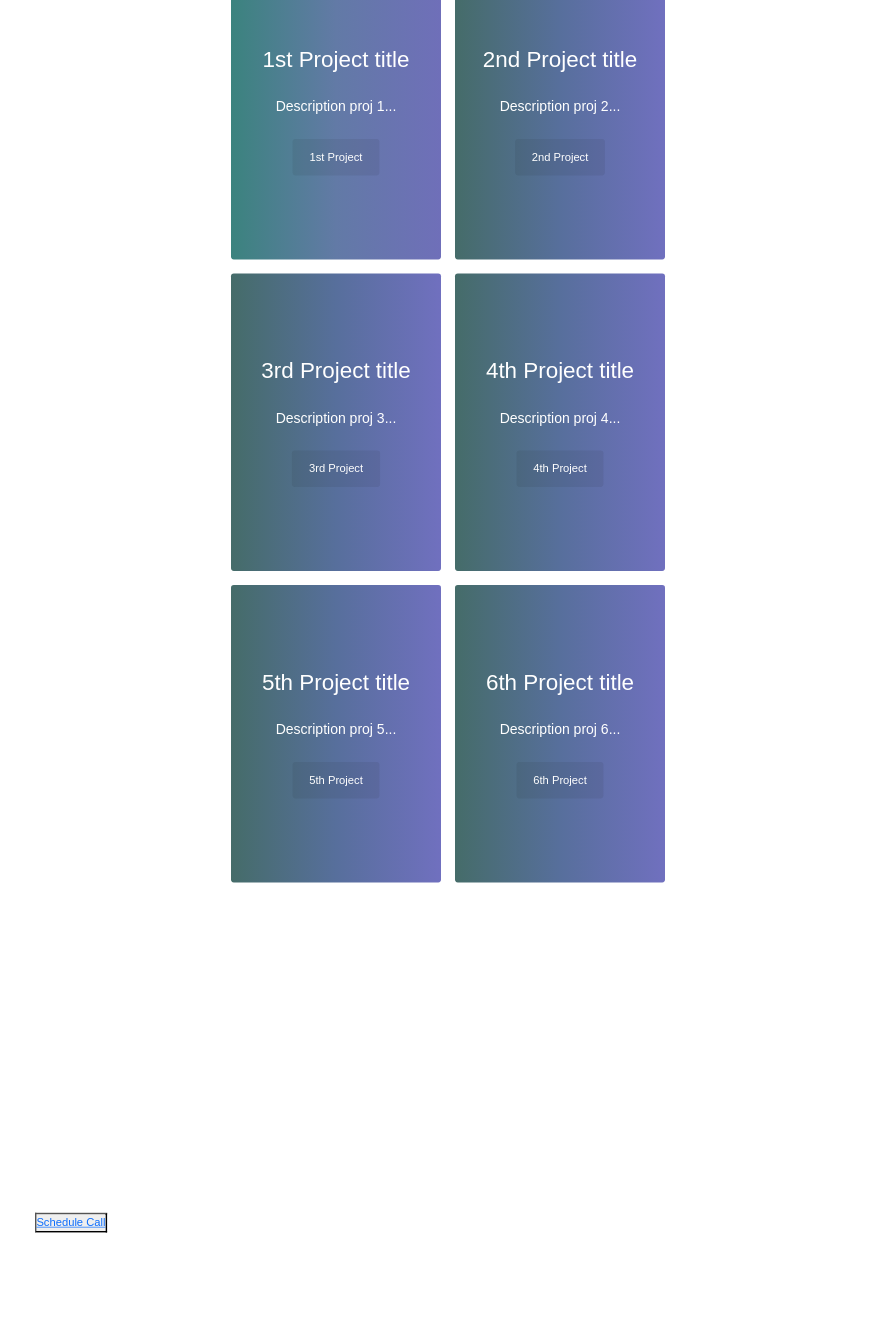
Repository: dvynchi/profile-2022
Page: index.html
The author's editor kept a copy of each file at every save. The page is drawn from the files as they stood at one save, then again after the next save.
The browser window is 1280 px wide. The pictures show the part of the page from y = 1292 to 3212 px (the page is 3212 px tall), at 70% of full size.
A picture or video elsewhere on the page could not be fetched, so the positions and the page height are approximate. Some web libraries are served in a nearby version.

Above is the page before, as saved 2022-08-15 13:07:30.

### index.html
<!DOCTYPE html>
<html lang="en">
<head>
    <meta charset="UTF-8">
    <meta http-equiv="X-UA-Compatible" content="IE=edge">
    <meta name="viewport" content="width=device-width, initial-scale=1.0">
    <title>Vincent Dim</title>
    <!-- embed remote icon library -->
    <script src="https://kit.fontawesome.com/f634dfbd28.js" crossorigin="anonymous"></script>
    <link rel="stylesheet" href="styles.css">
    <!-- embed remote style sheet - bootstrap -->
    <link rel="stylesheet" href="https://cdn.jsdelivr.net/npm/bootstrap@5.2.0/dist/css/bootstrap.min.css" rel="stylesheet" integrity="sha384-gH2yIJqKdNHPEq0n4Mqa/HGKIhSkIHeL5AyhkYV8i59U5AR6csBvApHHNl/vI1Bx" crossorigin="anonymous">
</head>

<body>

    <!-- Navbar Section -->

    <nav class="navbar">
        <div class="navbar_container">
            <a href="#about" id="navbar_logo"><i class="fa fa-home fa" aria-hidden="true"></i></a>  <!--<a> is used to create hyperlink named color-->

            <!--create hamburger menu (3 bars)-->

            <div class="navbar_toggle" id="mobile-menu">
                <span class="bar"></span>
                <span class="bar"></span>
                <span class="bar"></span>
            </div>

            <!--CREATE NAV MENU-->

            <ul class="navbar_menu">
                <!-- <li class="navbar_item">
                    <a href="#home" class="navbar_links" id="home-page">Home</a>
                </li> -->

                <li class="navbar_item">
                    <a href="#about" class="navbar_links" id="about-page">About</a>
                </li>

                <li class="navbar_item">
                    <a href="#projects" class="navbar_links" id="projects-page">Projects</a>
                </li>

                <li class="navbar_item">
                    <a href="#contact" class="navbar_links" id="contact-page">Contact Me</a>
                </li>

            </ul>
        </div>
    </nav>

    <!-- ABOUT SECTION -->
    <div class="main" id="about">
        <div class="main_container">
             <!-- SIDE BAR SECTION -->
             <div class="row">
                <div class="col-md-4 mt-1">
                    <div class="card text-center sidebar">
                        <div class="card-body">
                            <img src="vincent-image.jpg" class="rounded-circle" width="150" alt="profile picture here">
                            <div class="mt-3"><h3>Vincent Dim</h3></div>
                        </div>
                    </div>
                </div>

                <div class="col-md-8 mt-1">
                    <div class="card mb-3 content">
                        <h1 class="m-3 pt-3">About</h1>
                        <div class="card-body">
                            <div class="row">
                                <div class="col-md-3"><h5>Name</h5></div>
                                <div class="col-md-9 text-secondary"> Vincent Dim </div>
                            </div>
                            <hr> <!-- line break -->

                            <div class="row">
                                <div class="col-md-3"><h5>Email</h5></div>
                                <div class="col-md-9 text-secondary"> dvynchi@gmail.com</div>
                            </div>
                            <hr> <!-- line break -->

                            <div class="row">
                                <div class="col-md-3"><h5>Phone</h5></div>
                                <div class="col-md-9 text-secondary">647 704 2657</div>
                            </div>
                            <hr> <!-- line break -->

                            <div class="row">
                                <div class="col-md-3"><h5>Address</h5></div>
                                <div class="col-md-9 text-secondary">118 Vaughan Street, Guelph, ON</div>
                            </div>
                        </div>
                    </div>

                    <div class="card mb-3 content">
                        <h1 class="m-3">Portfolio</h1>
                        <div class="card-body">
                            <div class="row">
                                <div class="col-md-3">
                                    <h5>Current Portfolio</h5>
                                </div>
                                <div class="col-md-9 text-secondary">Link</div>
                            </div>
                        </div>
                    </div>
                </div>
            </div>
        </div>
    </div>

    <!-- PROJECTS SECTION (use image tag in place of p to insert an image)-->

    <div class="projects" id="projects">
        <h1>My Projects</h1>
        <div class="projects_wrapper">
            <div class="projects_card">
                <h2>1st Project title</h2>
                <p>Description proj 1...</p>
                <div class="projects_btn"><button>1st Project</button></div>
            </div>
            <!-- ------------------------- -->
            <div class="projects_card">
                <h2>2nd Project title</h2>
                <p>Description proj 2...</p>
                <div class="projects_btn"><button>2nd Project</button></div>
            </div>
            <!-- ------------------------- -->
            <div class="projects_card">
                <h2>3rd Project title</h2>
                <p>Description proj 3...</p>
                <div class="projects_btn"><button>3rd Project</button></div>
            </div>
            <!-- ------------------------- -->
            <div class="projects_card">
                <h2>4th Project title</h2>
                <p>Description proj 4...</p>
                <div class="projects_btn"><button>4th Project</button></div>
            </div>
            <!-- ------------------------- -->
            <div class="projects_card">
                <h2>5th Project title</h2>
                <p>Description proj 5...</p>
                <div class="projects_btn"><button>5th Project</button></div>
            </div>
            <!-- ------------------------- -->
            <div class="projects_card">
                <h2>6th Project title</h2>
                <p>Description proj 6...</p>
                <div class="projects_btn"><button>6th Project</button></div>
            </div>
        </div>
    </div>

    <!-- CONTACT SECTION (use image tag in place of p to insert an image)-->

    <div class="main" id="contact">
        <div class="main_container">
            <div class="main_content">
                <h1>Vincent Dim</h1>
                <h2>Web Developer</h2>
                <p>I am experienced at stuff...</p>
                <button class="main_btn"><a href="#">Schedule Call</a></button>
            </div>
        </div>
    </div>


    <!-- link app.js -->
    <!-- script tag is used to embed javascript-->
    <script src="app.js"></script>
</body>
</html>

### styles.css
* {
    box-sizing: border-box;
    margin: 0;
    padding: 0;
    font-family: 'Kumbh Sans', sans-serif;
    scroll-behavior: smooth;
}


/******************************************* NAVBAR SECTION ***********************************************/
.navbar {
    background: #131313;   /* Hex code */
    height: 80px;
    display: flex;
    justify-content: center;
    align-items: center;
    font-size: 1.4rem;        /* 1.4 x 16px */
    position: sticky;
    top: 0;
    z-index: 999;             /* so navbar is always on top when scrolling - prevents buttons from covering it*/
}

.navbar_container {
    display: flex;
    justify-content: space-between;
    text-align: center;
    height: 80px;
    z-index: 1;
    width: 100%;
    max-width: 1300px;
    margin: 0 auto ;           /* (top and bottom) (left and right) */
    padding: 0 50px;
}


/* id(#) is used to style only one element on the webpage */
/* class(.) is used to style multiple elements */


/* I added a logo as opposed to text */

#navbar_logo {
    margin: 10px;
    height: 60px;
    width: 60px;
    border-radius: 2px;
    display: flex;
    flex-direction: column;
    justify-content: center;
    color: #fff;
    background-image: linear-gradient(to right, #03324e 0%, #0e2d3e 100%);
}

.navbar_menu {
    display: flex;
    align-items: center;
    list-style: none;
}

.navbar_item {
    height: 80px;
}

.navbar_links {
    color: #fff;
    display: flex;
    align-items: center;
    justify-content: center;
    width: 125px;
    text-decoration: none;
    height: 100%;
    transition: all 0.3s ease;
}

/* button properties (if any)*/
.navbar_btn {
    display: flex;
    justify-content: center;
    align-items: center;
    padding: 0 1rem;
    width: 100%;
}

/* create color gradient for button --see uigradients.com */
.button {
    display: flex;
    justify-content: center;
    align-items: center;
    text-decoration: none;
    padding: 10px 20px;
    height: 100%;
    width: 100%;
    border: none;
    outline: none;
    border-radius: 4px;
    background: #833ab4;
    background: -webkit-linear-gradient(to right, #fcb045,#fd1d1d,#833ab4);
    background: linear-gradient(to right, #fcb045,#fd1d1d,#833ab4);
    color: #fff;
    transition: all 0.3s ease;
}

/* nav links glow upon hover */

.navbar_links:hover {
    color:#9518fc;
    transition: all 0.3s ease;
}

/* RESPONSIVENESS */
/* site adjusts width of display */
/* If [device width] is less than or equal to max-width do {..} */

@media screen and (max-width: 960px) {
    .navbar_container {
        display: flex;
        justify-content: space-between;
        height: 80px;
        z-index: 1;
        width: 100%;
        max-width: 1300px;
        padding: 0;
    }

    /* DROPDOWN PROPERTIES */
    .navbar_menu {
        display: grid;
        grid-template-columns: auto;
        margin: 0;
        width: 100%;
        position: absolute;
        top: -1000px;               /* Prevents navbar from clustering together if page is below max-width. Must be used with position absolute */
        opacity: 1;
        transition: all 0.5s ease;
        z-index: -1;
    }

    .navbar_menu.active {
        background: #131313;
        top: 100%;
        opacity: 1;
        transition: all 0.5s ease;
        z-index: 99;
        height: 40vh;
        font-size: 1.6rem;
    }

    #navbar_logo {
        padding-left: 1px;       /* original padding was 25px */
    }

    /* HAMBURGER SECTION */

    .navbar_toggle .bar {
        width: 25px;
        height: 3px;
        margin: 5px auto;
        transition: all 0.3s ease-in-out;
        background: #fff;
    }

    .navbar_item {
        width: 100%;
    }
     .navbar_links {
        text-align: center;
        padding: 2rem;
        width: 100%;
        display: table;
    }

    .navbar_btn  {
        padding-bottom: 2rem;
    }

    .button
    {
        display: flex;
        justify-content: center;
        align-items: center;
        width: 80%;
        height: 80px;
        margin: 0;
    }

    /* HAMBURGER */

    #mobile-menu
    {
        position: absolute;
        top: 20%;
        right: 5%;
        transform: translate(5%, 20%);
    }

    .navbar_toggle .bar
    {
        display: block;
        cursor: pointer;
    }

    /* hamburger menu animation (see app.js) */
    /* hamburger menu id was defined as 'mobile-menu' in index.html */
    /* rotate bars 1,3; but hide bar 2 */

    #mobile-menu.is-active .bar:nth-child(2)
    {
        opacity: 0;
    }
    #mobile-menu.is-active .bar:nth-child(1)
    {
        transform: translateY(8px) rotate(45deg);
    }
    #mobile-menu.is-active .bar:nth-child(3)
    {
        transform: translateY(-8px) rotate(-45deg);
    }

}


/* SCROLL ATTRIBUTE */
.highlight {
    border-bottom: 4px solid rgb(132, 0, 255);
}

/******************************************* ABOUT SECTION ***********************************************/

.main
{
    background-color:  white;
    padding: 10rem 0;
}

.main_container
{
    display: grid;
    grid-template-columns: 1fr;      /*original was 1fr 1fr - split into two halves but not enough space */
    align-items: center;
    justify-content: center;
    margin: 0 auto;
    height: 90%;
    z-index: 1;
    width: 100%;
    max-width: 1300px;
    padding: 0 50px;
}


/* Mobile Responsiveness for About Section */

@media screen and (max-width: 1100px)
{
    main_container
    {
        display: grid;
        grid-template-columns: 1fr;
        align-items: center;
        justify-content: center;
        width: 100%;
        margin: 0 auto;
        height: 90%;
    }

    /* .main_img--container
    {
        display: flex;
        justify-content: center;
    }

    .main_img--card
    {
        height: 425px;
        width: 425px;
    } */

    .main_content
    {
        text-align:center;
        margin-bottom: 4rem;
    }

    .main_content h1
    {
        font-size: 2.5rem;
        margin-top: 2rem;
    }

    .main_content h2
    {
        font-size: 2.5rem;
    }

    .main_content p
    {
        font-size: 1rem;
        margin-top: 1.5rem;
    }
}


/******************************************* PROJECTS SECTION ***********************************************/

.projects {
    background: white;
    display: flex;
    flex-direction: column;
    justify-content: center;
    align-items: center;
    height: 100%;
    padding: 10rem 0;
  }

.projects h1 {
    background-color: #6207c4;
    background-image: linear-gradient(to top, #10234c 0%, #724030 100%);
    background-size: 100%;
    -webkit-background-clip: text;
    -moz-background-clip: text;
    -webkit-text-fill-color: transparent;
    -moz-text-fill-color: transparent;
    margin-bottom: 5rem;
    font-size: 2.5rem;
}

.projects_wrapper {
    display: grid;
    grid-template-columns: 1fr 1fr 1fr;     /* add more per new project */
    grid-template-rows: 1fr;
}

/* Add color to each project card */

.projects_card {
    margin: 10px;
    height: 425px;
    width: 300px;
    border-radius: 4px;
    display: flex;
    flex-direction: column;
    justify-content: center;
    color: #fff;
    background-image: linear-gradient(to right,#3b837e, #627aa6, #6f6fb9);
    transition: 0.3s ease-in;
}

.projects_card:nth-child(2) {
    background: #7F7FD5;  /* fallback for old browsers */
    background: -webkit-linear-gradient(to right, #3b837e, #627aa6, #6f6fb9);  /* Chrome 10-25, Safari 5.1-6 */
    background: linear-gradient(to right, #456c69, #576f9c, #7070bf);
}

.projects_card:nth-child(3) {
    background: #7F7FD5;  /* fallback for old browsers */
    background: -webkit-linear-gradient(to right, #3b837e, #627aa6, #6f6fb9);  /* Chrome 10-25, Safari 5.1-6 */
    background: linear-gradient(to right, #456c69, #576f9c, #7070bf);
}

.projects_card:nth-child(4) {
    background: #7F7FD5;
    background: -webkit-linear-gradient(to right, #3b837e, #627aa6, #6f6fb9);
    background: linear-gradient(to right, #456c69, #576f9c, #7070bf);
}

.projects_card:nth-child(5) {
    background: #7F7FD5;
    background: -webkit-linear-gradient(to right, #3b837e, #627aa6, #6f6fb9);
    background: linear-gradient(to right, #456c69, #576f9c, #7070bf);
}

.projects_card:nth-child(6) {
    background: #7F7FD5;
    background: -webkit-linear-gradient(to right, #3b837e, #627aa6, #6f6fb9);
    background: linear-gradient(to right, #456c69, #576f9c, #7070bf);
}

.projects_card h2 {
    text-align: center;
}

.projects_card p {
    text-align: center;
    margin-top: 24px;
    font-size: 20px;
}

.projects_btn {
    display: flex;
    justify-content: center;
    margin-top: 16px;
}

/* button properties and animation. The entire card is the button */

.projects_card button {
    color: #fff;
    padding: 14px 24px;
    border: none;
    outline: none;
    border-radius: 4px;
    background: #13131313;
    font-size: 1rem;
}

.projects_card button:hover {
    cursor: pointer;
}

.projects_card:hover {
    transform: scale(1.075);
    transition: 0.3s ease-in;
    cursor: pointer;
}

/* split cards into grid at specified browser width */

@media screen and (max-width: 1300px) {
    .projects_wrapper {
        grid-template-columns: 1fr 1fr;
    }
}

@media screen and (max-width: 768px) {
    .projects_wrapper {
        grid-template-columns: 1fr;
    }
}

/******************************************* CONTACT SECTION ***********************************************/

.main_content{
    color:#fff;
    width: 100%;
}

### app.js
const ham = document.querySelector('#mobile-menu');
const hamLinks = document.querySelector('.navbar_menu');
// const navLogo = document.querySelector('#navbar_logo')

/* display mobile menu using arrow function */
/* toggle the "is-active" class made in css */

const mobileMenu = () =>
{
    ham.classList.toggle('is-active');
    hamLinks.classList.toggle('active');
};

/* Run hamMenu function upon click */
ham.addEventListener('click', mobileMenu);

After the next save:
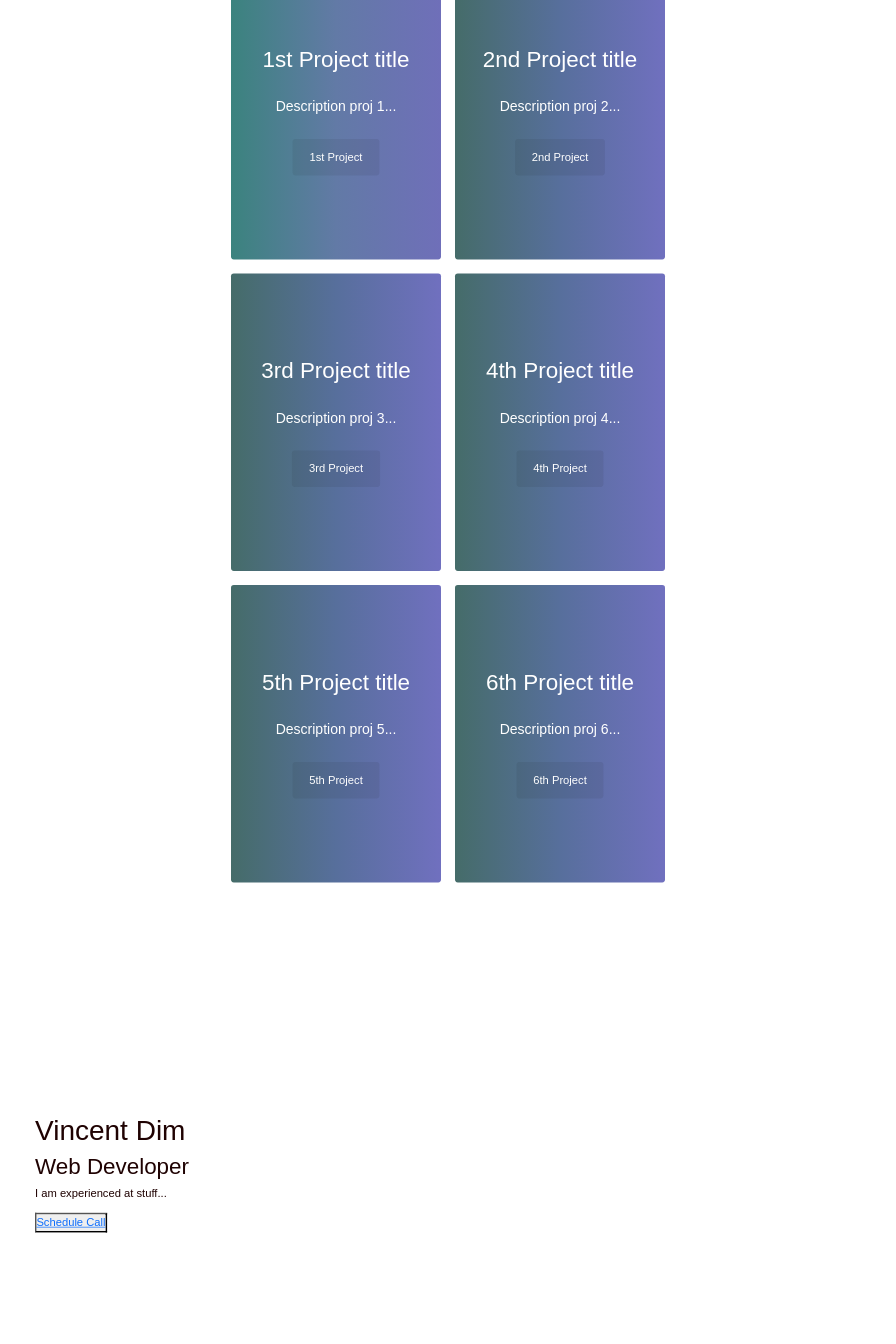
Saved 17 s later.
--- a/styles.css
+++ b/styles.css
@@ -429,6 +429,6 @@
 /******************************************* CONTACT SECTION ***********************************************/
 
 .main_content{
-    color:#fff;
+    color:rgb(31, 2, 2);
     width: 100%;
 }
